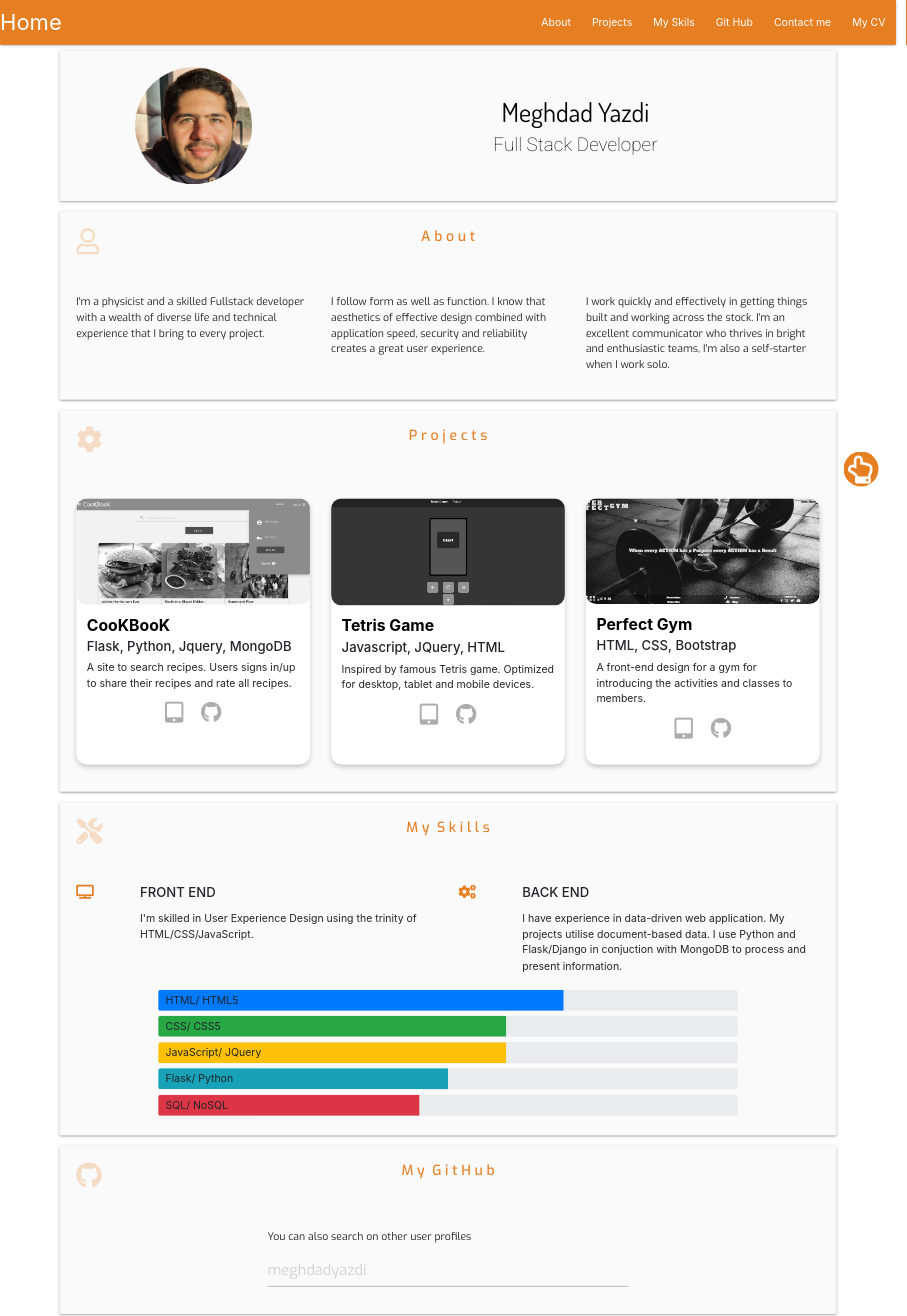
Repository: meghdadyazdi/SD_Res
Page: index.html
The author's editor kept a record of every edit. The page is drawn from the files as they stood at one moment, then again after the next edit.
The browser window is 1280 px wide. The page is 1295 px wide, so the pictures cover 1295 px, including what lies to the right of the window. The pictures show the part of the page from y = 0 to 1880 px (the page is 2564 px tall before and 2607 px after), at 70% of full size.
Some web libraries are served in a nearby version.

Above is the page before.
Console error: ReferenceError: $ is not defined

After the next edit:
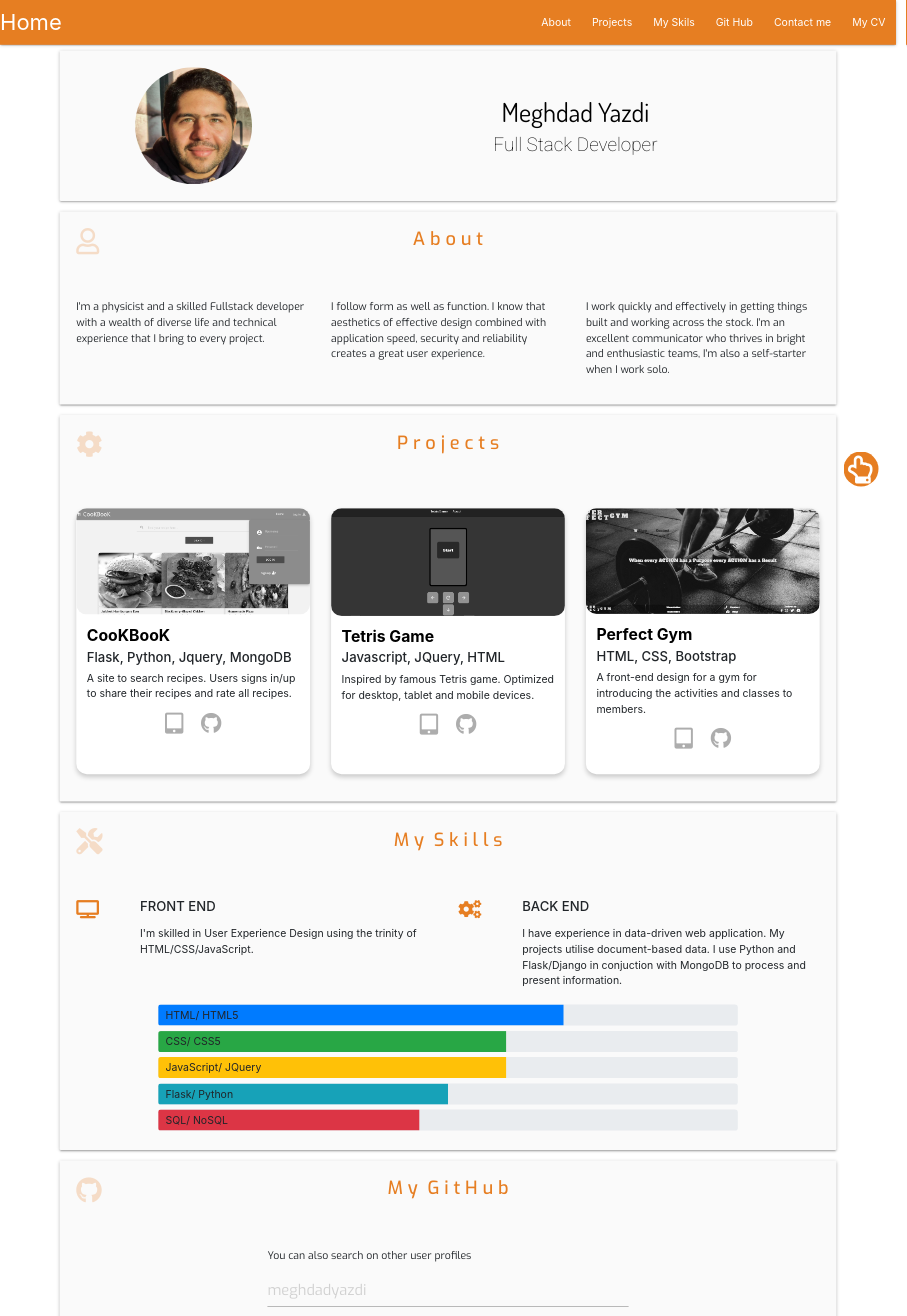
The edit:
--- a/assets/style.css
+++ b/assets/style.css
@@ -194,7 +194,7 @@
 /*___________________________three reason___________________________________*/
 
 .three-reasons-icon{
-    font-size: 20px;
+    font-size: 26px;
     color: #e67e22;
 }
 
